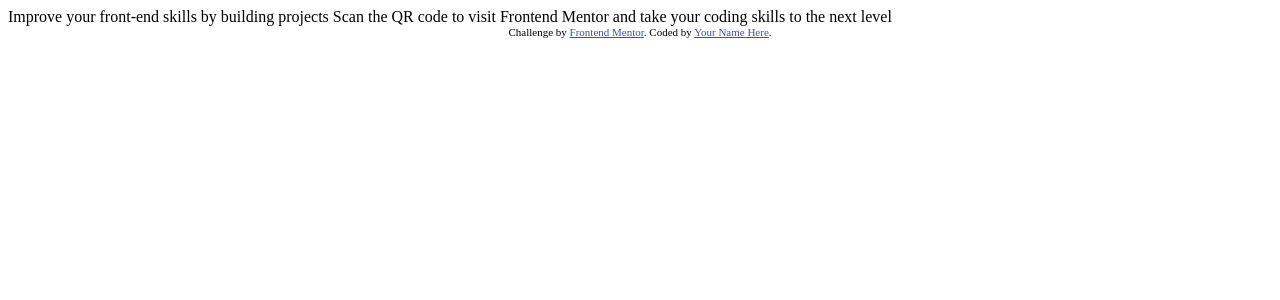
Repository: Dayvid0/FRONTEND_MENTOR_CHALLENGES
Page: index.html
These files come from the project's save history. The page is drawn as it stood at one moment and after the next save; the edit follows.
The browser window is 1280 px wide. The pictures show the whole page.

Above is the page before, as saved 2024-07-17 18:29:08.

After the next save:
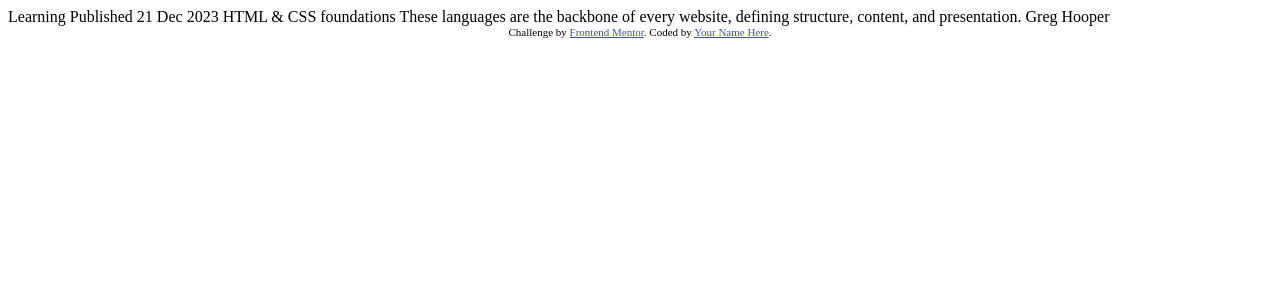
Saved 182 days later.
--- a/index.html
+++ b/index.html
@@ -4,9 +4,9 @@
   <meta charset="UTF-8">
   <meta name="viewport" content="width=device-width, initial-scale=1.0"> <!-- displays site properly based on user's device -->
 
-  <link rel="icon" type="image/png" sizes="32x32" href="./images/favicon-32x32.png">
+  <link rel="icon" type="image/png" sizes="32x32" href="./assets/images/favicon-32x32.png">
 
-  <title>Frontend Mentor | QR code component</title>
+  <title>Frontend Mentor | Blog preview card</title>
 
   <!-- Feel free to remove these styles or customise in your own stylesheet 👍 -->
   <style>
@@ -16,9 +16,15 @@
 </head>
 <body>
 
-  Improve your front-end skills by building projects
+  Learning
 
-  Scan the QR code to visit Frontend Mentor and take your coding skills to the next level
+  Published 21 Dec 2023
+
+  HTML & CSS foundations
+
+  These languages are the backbone of every website, defining structure, content, and presentation.
+
+  Greg Hooper
 
   <div class="attribution">
     Challenge by <a href="https://www.frontendmentor.io?ref=challenge" target="_blank">Frontend Mentor</a>.
